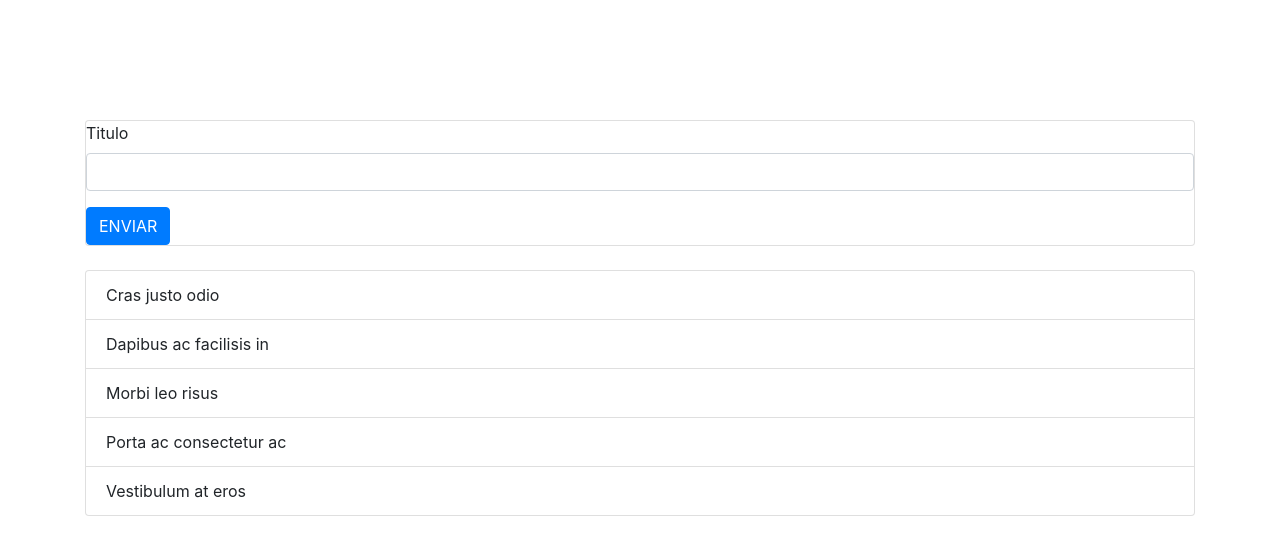
Repository: wolwerr/VueJs-Ninja
Page: Aula-15.html
These files come from the project's save history. The page is drawn as it stood at one moment and after the next save; the edit follows.
The browser window is 1280 px wide. The pictures show the whole page.

Above is the page before, as saved 2021-10-25 23:46:06.

After the next save:
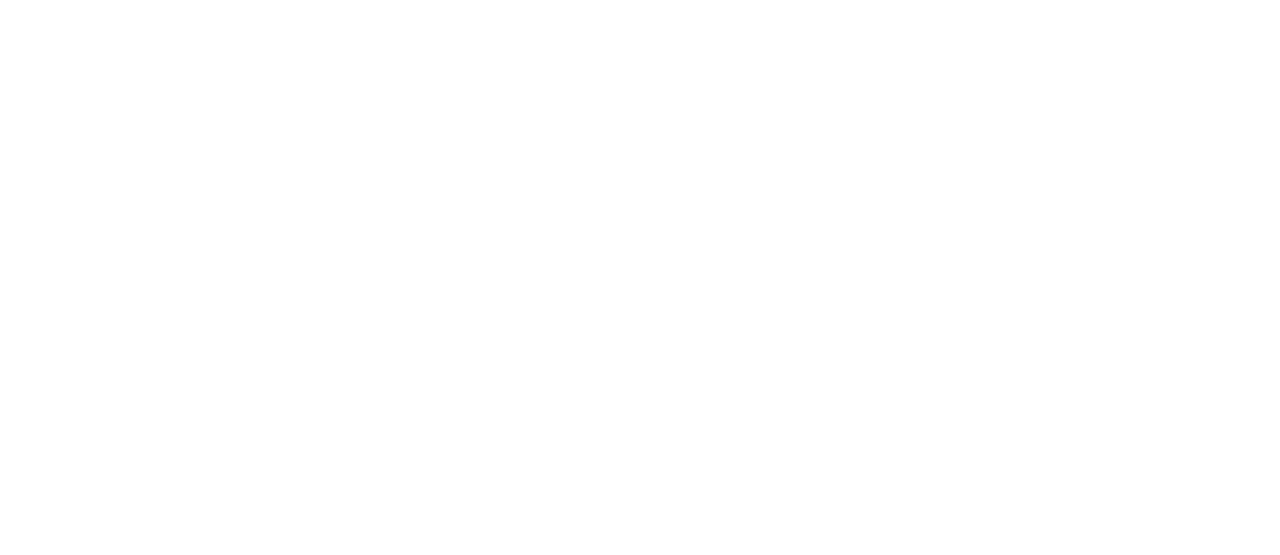
Console error: TypeError: Vue.component is not a function
Saved 38 s later.
--- a/Aula-15.html
+++ b/Aula-15.html
@@ -66,6 +66,8 @@
             }
         });
 
+        Vue.component = new Vue();
+
         Vue.component('my-list', {
             el: "#list",
         });

After the save that followed:
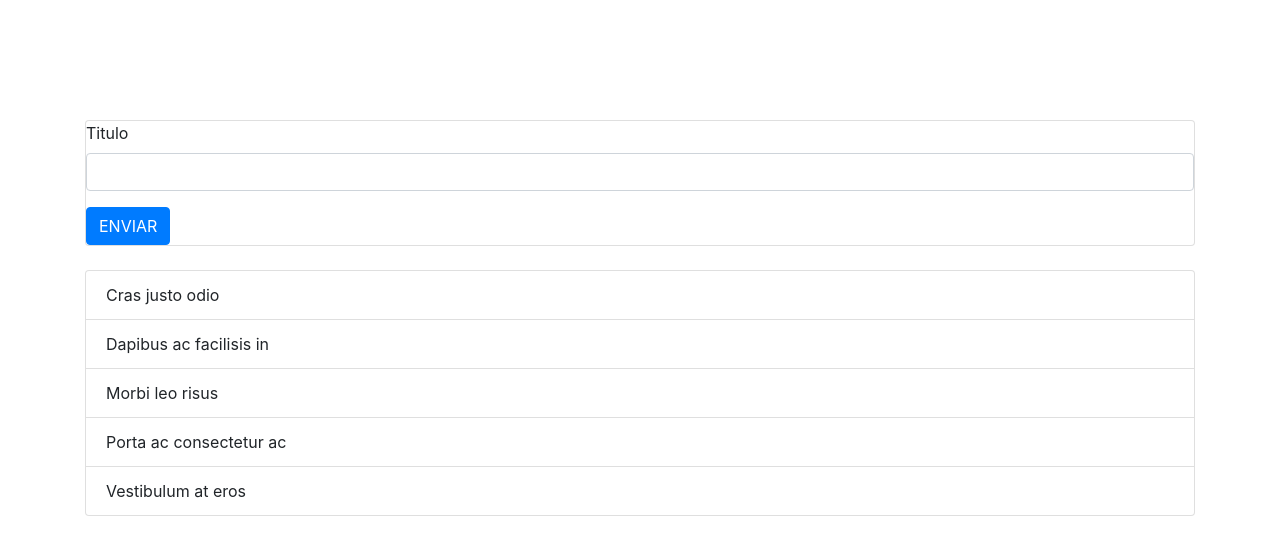
The error is gone.
Saved 67 s later.
--- a/Aula-15.html
+++ b/Aula-15.html
@@ -66,7 +66,7 @@
             }
         });
 
-        Vue.component = new Vue();
+        var eventBus = new Vue();
 
         Vue.component('my-list', {
             el: "#list",
